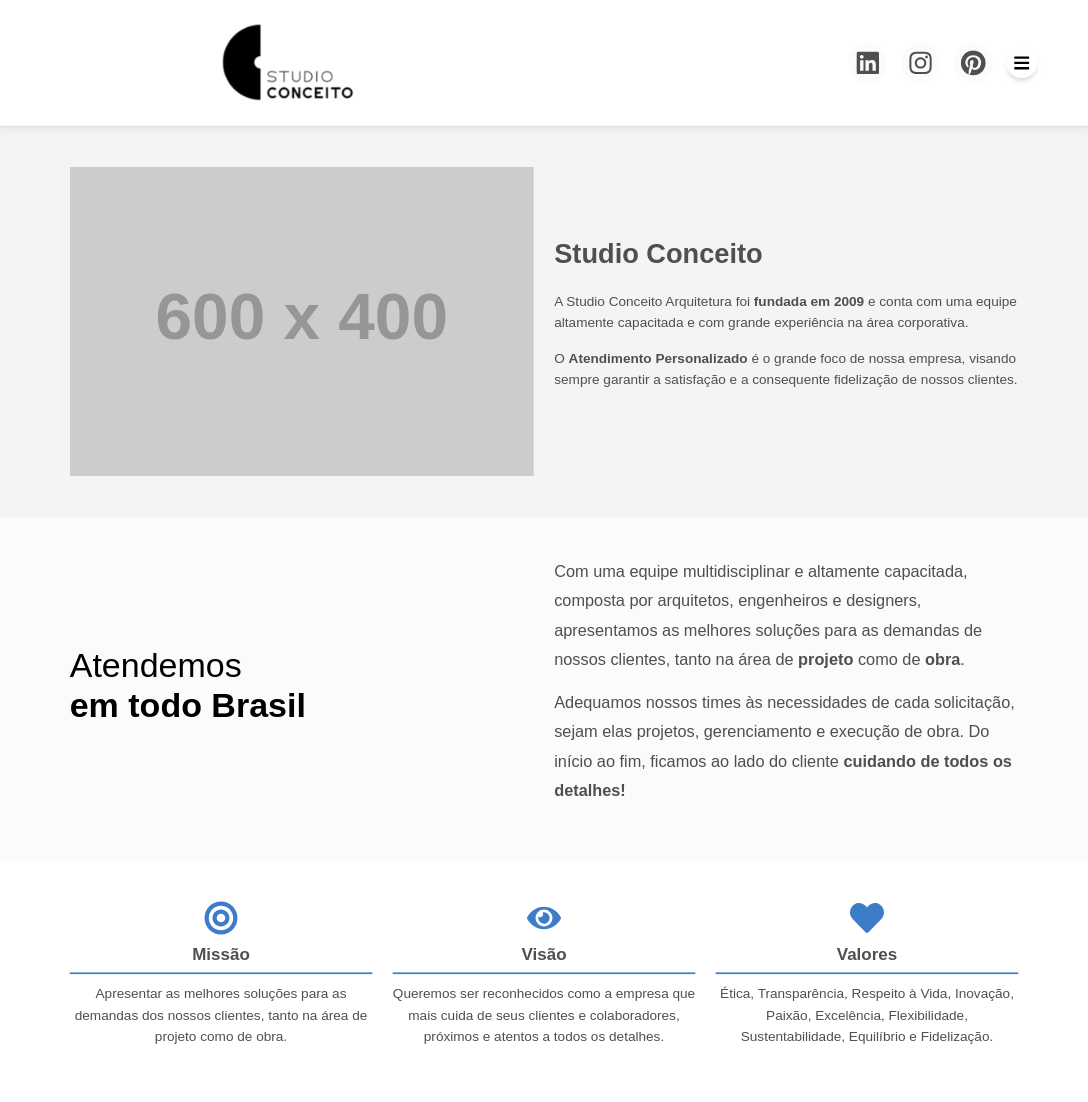
Repository: Upstairs-Agencia/studio-conceito-react
Page: /quem-somos
An editor plug-in stored every save of this project. The page is shown before and after the next save, followed by the edit.
The browser window is 1280 px wide. The pictures show the whole page, at 85% of full size.
The project was rebuilt for these pictures with package versions that can differ from the ones it lists, and the page was loaded fresh each time. Also part of the build but not shown: src/pages/Home.js, src/styles/footer.css, src/components/footer.js, src/pages/Servicos.js, src/styles/cases.css, src/pages/Cases.js, src/pages/Blog.js, src/pages/Clientes.js and 1 more.

Above is the page before, as saved 2024-12-29 11:55:33.

### public/index.html
<!DOCTYPE html>
<html lang="en">
  <head>
    <meta charset="utf-8" />
    <link rel="icon" href="%PUBLIC_URL%/favicon.ico" />
    <meta name="viewport" content="width=device-width, initial-scale=1" />
    <meta name="theme-color" content="#000000" />
    <meta
      name="description"
      content="Web site created using create-react-app"
    />
    <link rel="apple-touch-icon" href="%PUBLIC_URL%/logo192.png" />
    <!--
      manifest.json provides metadata used when your web app is installed on a
      user's mobile device or desktop. See https://developers.google.com/web/fundamentals/web-app-manifest/
    -->
    <link rel="manifest" href="%PUBLIC_URL%/manifest.json" />
    <!--
      Notice the use of %PUBLIC_URL% in the tags above.
      It will be replaced with the URL of the `public` folder during the build.
      Only files inside the `public` folder can be referenced from the HTML.

      Unlike "/favicon.ico" or "favicon.ico", "%PUBLIC_URL%/favicon.ico" will
      work correctly both with client-side routing and a non-root public URL.
      Learn how to configure a non-root public URL by running `npm run build`.
    -->
    <title>Studio Conceito</title>
  </head>
  <body>
    <noscript>You need to enable JavaScript to run this app.</noscript>
    <div id="root"></div>
    <!--
      This HTML file is a template.
      If you open it directly in the browser, you will see an empty page.

      You can add webfonts, meta tags, or analytics to this file.
      The build step will place the bundled scripts into the <body> tag.

      To begin the development, run `npm start` or `yarn start`.
      To create a production bundle, use `npm run build` or `yarn build`.
    -->
  </body>
</html>

### src/index.js

import React from 'react';
import ReactDOM from 'react-dom';
import App from './App';
import 'mdb-react-ui-kit/dist/css/mdb.min.css'; // MDB styles
import './index.css'; // Global styles

ReactDOM.render(
  <React.StrictMode>
    <App />
  </React.StrictMode>,
  document.getElementById('root')
);

### src/App.js

import React from 'react';
import { BrowserRouter as Router, Routes, Route } from 'react-router-dom';
import Home from './pages/Home';
import QuemSomos from './pages/QuemSomos';
import Servicos from './pages/Servicos';
import Cases from './pages/Cases';
import Blog from './pages/Blog';
import Clientes from './pages/Clientes';
import Contato from './pages/Contato';

function App() {
  return (
    <Router>
      <Routes>
        <Route path="/" element={<Home />} />
        <Route path="/quem-somos" element={<QuemSomos />} />
        <Route path="/servicos" element={<Servicos />} />
        <Route path="/cases" element={<Cases />} />
        <Route path="/blog" element={<Blog />} />
        <Route path="/clientes" element={<Clientes />} />
        <Route path="/contato" element={<Contato />} />
      </Routes>
    </Router>
  );
}

export default App;

### src/index.css

body {
  margin: 0;
  font-family: Arial, sans-serif;
  background-color: #f4f4f4;
}

### src/pages/QuemSomos.js
import React from "react";
import Navbar from "../components/navbar";
import { MDBContainer, MDBRow, MDBCol } from "mdb-react-ui-kit";
import { FaBullseye, FaEye, FaHeart } from "react-icons/fa";
import "../styles/quemsomos.css";

export default function QuemSomos() {
  return (
    <>
      {/* Navbar */}
      <Navbar />

      {/* Quem Somos Section */}
      <section className="py-5">
        <MDBContainer>
          <MDBRow className="align-items-center">
            <MDBCol md="6">
              <img
                src="https://via.placeholder.com/600x400"
                alt="Studio Conceito"
                className="img-fluid"
              />
            </MDBCol>
            <MDBCol md="6">
              <h2 className="fw-bold mb-4">Studio Conceito</h2>
              <p>
                A Studio Conceito Arquitetura foi{" "}
                <strong>fundada em 2009</strong> e conta com uma equipe altamente capacitada e com grande experiência na área corporativa.
              </p>
              <p>
                O <strong>Atendimento Personalizado</strong> é o grande foco de nossa empresa, visando sempre garantir a satisfação e a consequente fidelização de nossos clientes.
              </p>
            </MDBCol>
          </MDBRow>
        </MDBContainer>
      </section>

      {/* Atendemos em todo Brasil Section */}
      <section className="py-5 bg-light">
        <MDBContainer>
          <MDBRow className="align-items-center">
            <MDBCol md="6" className="title-container">
              <h1 className="atendemos-title">Atendemos</h1>
              <h1 className="brasil-title">em todo Brasil</h1>
            </MDBCol>
            <MDBCol md="6">
              <p className="text-large">
                Com uma equipe multidisciplinar e altamente capacitada, composta por arquitetos, engenheiros e designers, apresentamos as melhores soluções para as demandas de nossos clientes, tanto na área de <span className="fw-bold">projeto</span> como de <span className="fw-bold">obra</span>.
              </p>
              <p className="text-large">
                Adequamos nossos times às necessidades de cada solicitação, sejam elas projetos, gerenciamento e execução de obra. Do início ao fim, ficamos ao lado do cliente <span className="fw-bold">cuidando de todos os detalhes!</span>
              </p>
            </MDBCol>
          </MDBRow>
        </MDBContainer>
      </section>

      {/* Missão, Visão e Valores Section */}
      <section className="py-5 bg-white">
        <MDBContainer>
          <MDBRow className="text-center mission-row">
            <MDBCol md="4" className="mission-col">
              <div className="icon-container">
                <FaBullseye size={40} color="#3d7cc9" />
              </div>
              <h5 className="fw-bold">Missão</h5>
              <div className="divider"></div>
              <p>
                Apresentar as melhores soluções para as demandas dos nossos clientes, tanto na área de projeto como de obra.
              </p>
            </MDBCol>
            <MDBCol md="4" className="mission-col">
              <div className="icon-container">
                <FaEye size={40} color="#3d7cc9" />
              </div>
              <h5 className="fw-bold">Visão</h5>
              <div className="divider"></div>
              <p>
                Queremos ser reconhecidos como a empresa que mais cuida de seus clientes e colaboradores, próximos e atentos a todos os detalhes.
              </p>
            </MDBCol>
            <MDBCol md="4" className="mission-col">
              <div className="icon-container">
                <FaHeart size={40} color="#3d7cc9" />
              </div>
              <h5 className="fw-bold">Valores</h5>
              <div className="divider"></div>
              <p>
                Ética, Transparência, Respeito à Vida, Inovação, Paixão, Excelência, Flexibilidade, Sustentabilidade, Equilíbrio e Fidelização.
              </p>
            </MDBCol>
          </MDBRow>
        </MDBContainer>
      </section>
    </>
  );
}

### src/components/navbar.js
import React, { useState } from "react";

import Logo from "../images/logoBlack.png";

import {
  MDBNavbar,
  MDBNavbarBrand,
  MDBContainer,
} from "mdb-react-ui-kit";
import { FaLinkedin, FaInstagram, FaPinterest, FaBars } from "react-icons/fa";
import { IoIosClose } from "react-icons/io";
import { Link } from "react-router-dom";

import SeloGptw from "../images/selo-gptw.png";

const Navbar = () => {
  const [showMenu, setShowMenu] = useState(false);

  return (
    <>
      {/* Navbar */}
      <MDBNavbar dark bgColor="white" className="py-4 px-5">
        <MDBContainer fluid className="d-flex justify-content-between align-items-center">
          {/* Logo */}
          <MDBNavbarBrand href="#" className="ms-5">
            <img
              src={Logo}
              alt="Logo"
              style={{ maxHeight: "90px", marginLeft: "12vw"}}
            />
          </MDBNavbarBrand>

          {/* Social Icons and Menu Toggle */}
          <div className="d-flex align-items-center">
            {/* Social Icons */}
            <div className="d-flex gap-3 me-3">
              <button className="btn btn-light rounded-circle p-2">
                <FaLinkedin size={30} />
              </button>
              <button className="btn btn-light rounded-circle p-2">
                <FaInstagram size={30} />
              </button>
              <button className="btn btn-light rounded-circle p-2">
                <FaPinterest size={30} />
              </button>
            </div>

            {/* FaBars Icon for Sidebar */}
            <button
              className="btn rounded-circle p-2"
              style={{
                background: "none",
                border: "none",
                cursor: "pointer",
              }}
              onClick={() => setShowMenu(!showMenu)}
            >
              <FaBars size={20} color="black" />
            </button>
          </div>
        </MDBContainer>
      </MDBNavbar>

      {/* Sidebar Menu */}
      {showMenu && (
        <div
          className="position-fixed top-0 end-0 bg-white vh-100 vw-350 shadow-lg d-flex flex-column"
          style={{ zIndex: 1050, width: "500px" }}
        >
          <div className="d-flex justify-content-end p-3">
            {/* Close Button */}
            <button
              className="p-0"
              style={{
                background: "none",
                border: "none",
                cursor: "pointer",
              }}
              onClick={() => setShowMenu(false)}
            >
              <IoIosClose size={40} />
            </button>
          </div>





          <div className="p-4 flex-grow-1">
            {/* Menu Items */}
            <ul className="list-unstyled">
              {[
                { label: "Home", link: "/" },
                { label: "Quem somos", link: "/quem-somos" },
                { label: "Serviços", link: "/servicos" },
                { label: "Cases", link: "/cases" },
                { label: "Blog", link: "/blog" },
                { label: "Clientes", link: "/clientes" },
                { label: "Contato", link: "/contato" },
              ].map((item, index) => (
                <li key={index} className="py-2">
                  <Link
                    to={item.link}
                    className="text-decoration-none fs-6"
                    style={{
                      transition: "all 0.3s ease-in-out", // Transição suave
                      color:"black"
                    }}
                    onMouseOver={(e) => {
                      e.currentTarget.style.color = "#FF7F30"; // Altera a cor
                      e.currentTarget.style.fontWeight = "bold"; // Negrito
                    }}
                    onMouseOut={(e) => {
                      e.currentTarget.style.color = "black"; // Retorna à cor original
                      e.currentTarget.style.fontWeight = "normal"; // Retira o negrito
                    }}
                  >
                    {item.label}
                  </Link>
                </li>
              ))}
            </ul>
          </div>



          {/* Footer Section */}
          <div className="d-flex justify-content-between align-items-center px-4 pb-4">
            {/* Social Icons */}
            <div className="d-flex gap-3">
              <button className="btn btn-dark rounded-circle p-2">
                <FaLinkedin size={20} color="white" />
              </button>
              <button className="btn btn-dark rounded-circle p-2">
                <FaInstagram size={20} color="white" />
              </button>
              <button className="btn btn-dark rounded-circle p-2">
                <FaPinterest size={20} color="white" />
              </button>
            </div>

            {/* Placeholder Image */}
            <img
              src={SeloGptw}
              alt="Great Place to Work"
              style={{ maxHeight: "200px", marginBottom: "4rem" }}
            />
          </div>
        </div>
      )}
    </>
  );
};

export default Navbar;

### src/styles/quemsomos.css
/* Título: Atendemos em todo Brasil */
.title-container {
    text-align: left;
  }

  .atendemos-title {
    font-size: 2.5rem;
    font-weight: normal;
    color: #000;
  }

  .brasil-title {
    font-size: 2.5rem;
    font-weight: bold;
    color: #000;
    margin-top: -10px; /* Para aproximar os textos */
  }

  /* Texto em letras maiores */
  .text-large {
    font-size: 1.2rem;
    line-height: 1.8;
    text-align: left;
  }

  /* Missão, Visão e Valores */
  .mission-row {
    justify-content: space-between;
  }

  .mission-col {
    text-align: center;
    max-width: 400px;
  }

  .icon-container {
    margin-bottom: 10px;
  }

  .divider {
    width: 100%;
    height: 2px;
    background-color: #3d7cc9;
    margin: 10px auto;
  }

  /* Responsividade */
  @media (max-width: 768px) {
    .atendemos-title,
    .brasil-title {
      font-size: 2rem;
    }

    .text-large {
      font-size: 1rem;
    }

    .mission-col {
      max-width: 100%;
    }
  }

After the next save:
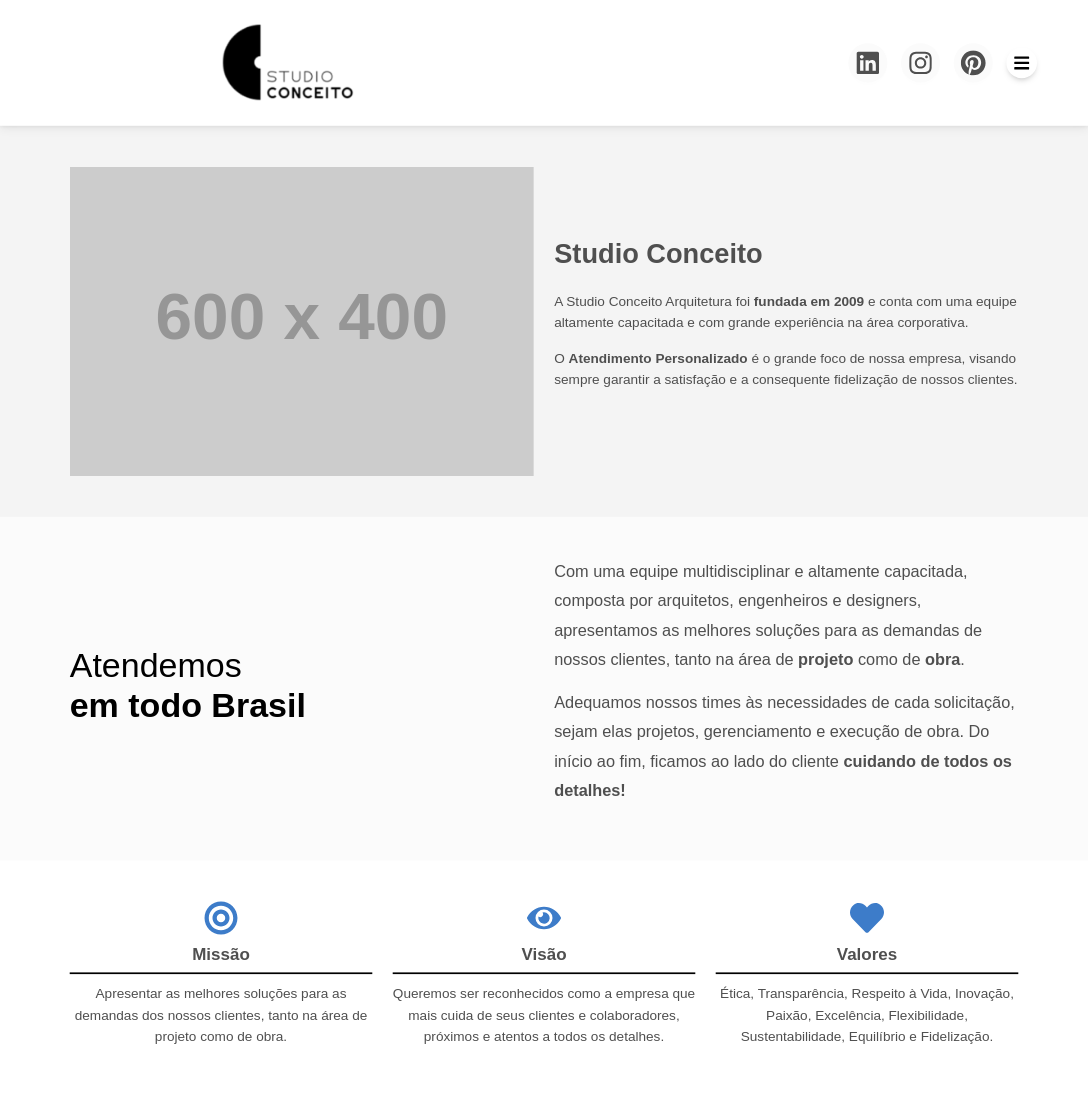
Saved 6 s later.
--- a/src/styles/quemsomos.css
+++ b/src/styles/quemsomos.css
@@ -40,7 +40,7 @@
   .divider {
     width: 100%;
     height: 2px;
-    background-color: #3d7cc9;
+    background-color: #000;
     margin: 10px auto;
   }
 
